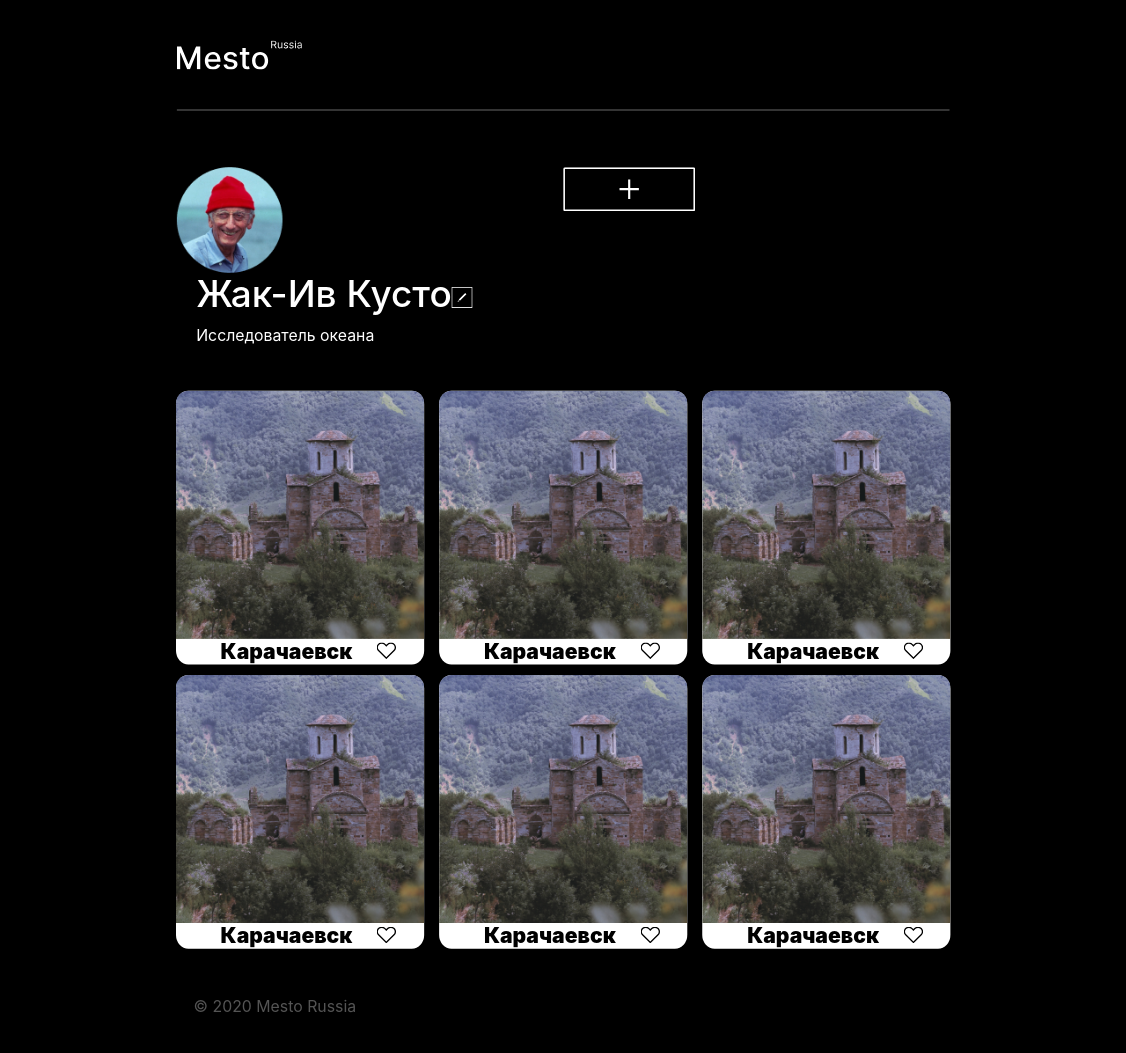
Repository: Ivan2399/mesto-project
Page: index.html
The author's editor kept a copy of each file at every save. The page is drawn from the files as they stood at one save, then again after the next save.
The browser window is 1280 px wide. The pictures show the whole page, at 88% of full size.

Above is the page before, as saved 2021-11-16 18:38:15.

### index.html
<!DOCTYPE html>
<html lang="ru">

<head>
    <meta charset="UTF-8">
    <meta http-equiv="X-UA-Compatible" content="IE=edge">
    <meta name="viewport" content="width=device-width, initial-scale=1.0">
    <link rel="stylesheet" href="./pages/index.css" />
    <title>Mesto</title>
</head>

<body class="root">
    <div class="page">
        <header class="header">
            <div class="header__container">
                <img class="header__logo" src="images/logo/Vector.svg" alt="Логотип">
                <div class="header__line"></div>
            </div>
        </header>
        <main class="content">
            <section class="profile profile__container_mobile">

                <div class="profile__container">
                    <img class="profile__avatar" src="images/avatar/Avatar.png" alt="Аватарка">
                    <h2 class="profile__nickname">Жак-Ив Кусто<button class="profile__buttons_type_editig"></button>
                        <p class="profile__hobbyname">Исследователь океана</p>
                    </h2>

                </div>

                <div>
                    <button class="profile__buttons_type_add"></button>
                </div>

            </section>
            <section class="table">
                <div class="table__container table__container_mobile">
                    <div class="table__card">
                        <img class="table__image" src="images/table/Karachaevsk.png" alt="Крепость">
                        <h2 class="table__title">Карачаевск <img class="table__button table__button_active"
                                src="images/buttons/Vector.svg" alt="Лайк"></h2>
                    </div>
                    <div class="table__card">
                        <img class="table__image" src="images/table/Karachaevsk.png" alt="Крепость">
                        <h2 class="table__title">Карачаевск <img class="table__button table__button_active"
                                src="images/buttons/Vector.svg" alt="Лайк"></h2>
                    </div>
                    <div class="table__card">
                        <img class="table__image" src="images/table/Karachaevsk.png" alt="Крепость">
                        <h2 class="table__title">Карачаевск <img class="table__button table__button_active"
                                src="images/buttons/Vector.svg" alt="Лайк"></h2>
                    </div>
                    <div class="table__card">
                        <img class="table__image" src="images/table/Karachaevsk.png" alt="Крепость">
                        <h2 class="table__title">Карачаевск <img class="table__button table__button_active"
                                src="images/buttons/Vector.svg" alt="Лайк"></h2>
                    </div>
                    <div class="table__card">
                        <img class="table__image" src="images/table/Karachaevsk.png" alt="Крепость">
                        <h2 class="table__title">Карачаевск <img class="table__button table__button_active"
                                src="images/buttons/Vector.svg" alt="Лайк"></h2>
                    </div>
                    <div class="table__card">
                        <img class="table__image" src="images/table/Karachaevsk.png" alt="Крепость">
                        <h2 class="table__title">Карачаевск <img class="table__button table__button_active"
                                src="images/buttons/Vector.svg" alt="Лайк"></h2>
                    </div>
                </div>
            </section>
            <section class="footer">
                <h2 class="footer__logo">© 2020 Mesto Russia</h2>
            </section>
        </main>
    </div>
</body>

</html>

### pages/index.css
@import url(../blocks/root/root.css);
@import url(../blocks/page/page.css);
@import url(../blocks/content/content.css);

/* header */

@import url(../blocks/header/header.css);
@import url(../blocks/header/__container/header__container.css);
@import url(../blocks/header/__logo/header__logo.css);
@import url(../blocks/header/__line/header__line.css);

/* profile */

@import url(../blocks/profile/profile.css);
@import url(../blocks/profile/__avatar/profile__avatar.css);
@import url(../blocks/profile/__container/profile__container.css);
@import url(../blocks/profile/__buttons/profile__buttons.css);
@import url(../blocks/profile/__buttons/_type/profile__buttons_type_add.css);
@import url(../blocks/profile/__buttons/_type/profile__buttons_type_editig.css);
@import url(../blocks/profile/__hobbyname/profile__hobbyname.css);
@import url(../blocks/profile/__nickname/profile__nickname.css);
@import url(../blocks/profile/__container/_mobile/profile__container_mobile.css);

/* table */

@import url(../blocks/table/table.css);
@import url(../blocks/table/__button/table__button.css);
@import url(../blocks/table/__card/table__card.css);
@import url(../blocks/table/__container/table__container.css);
@import url(../blocks/table/__image/table__image.css);
@import url(../blocks/table/__title/table__title.css);
@import url(../blocks/table/__container/_mobile/table__container_mobile.css);
@import url(../blocks/table/__button/_active/table__button_active.css);

/* footer */

@import url(../blocks/footer/footer.css);
@import url(../blocks/footer/__logo/footer__logo.css);

### images/buttons/Vector.svg
<svg width="22" height="19" viewBox="0 0 22 19" fill="none" xmlns="http://www.w3.org/2000/svg">
<path d="M20.2991 9.78586C22.567 7.54338 22.567 3.90213 20.2991 1.68186C18.0311 -0.560619 14.3486 -0.560619 12.0806 1.68186L10.9804 2.792L9.88007 1.70406C7.61215 -0.560619 3.92957 -0.560619 1.6841 1.68186C0.583822 2.76979 0 4.21297 0 5.74496C0 7.27695 0.606277 8.72013 1.6841 9.80806L10.9804 19L20.2991 9.78586ZM1.4371 5.74496C1.4371 4.59042 1.8862 3.52469 2.71702 2.72539C3.5703 1.88168 4.67058 1.45983 5.77086 1.45983C6.87114 1.45983 7.97142 1.88168 8.8247 2.72539L10.9804 4.83465L13.136 2.70318C14.8201 1.03798 17.582 1.03798 19.2437 2.70318C20.0521 3.50248 20.5236 4.56821 20.5236 5.72276C20.5236 6.8773 20.0745 7.94303 19.2437 8.74233L10.9804 16.9351L2.71702 8.76453C1.90865 7.94303 1.4371 6.8773 1.4371 5.74496Z" fill="black"/>
</svg>

### blocks/root/root.css
.root{
    margin: 0;
    padding: 0;
    font-family: "Inter";
    color: #FFFFFF;
}
h1,h2,h3,h4,h5,h6,p{
    margin: 0;
    padding: 0;
    font-family: "Inter";
    color: #FFFFFF;
}

### blocks/page/page.css
.page {
  background-color: #000000;
  max-width: 1280px;
  margin: auto;
}

### blocks/header/header.css
.header{
    display: grid;
}

### blocks/header/__container/header__container.css
.header__container {
  margin: 0 15.7% 0 15.7%;
  max-width: 880px;
  width: 68.6%;
}

### blocks/header/__logo/header__logo.css
.header__logo{
    margin: 5.2% 0 4.7% 0;
}
@media screen and (min-width:300px) and (max-width:600px){
    .header__logo{
        width:103.74px;
        height:24.24px;
    }
}

### blocks/header/__line/header__line.css
.header__line{
    border: 1px solid #545454;
    opacity: 0.7;
}

### blocks/profile/profile.css
.profile {
  display: grid;
  margin: 5% 15.7% 0 15.7%;
  max-width: 880px;
  width: 68.6%;

}

### blocks/profile/__avatar/profile__avatar.css
.profile__avatar{

}

### blocks/profile/__container/profile__container.css
.profile__container {
  display: flex;
  align-items: center;
  flex-direction: row;
  flex-wrap: wrap;
}

### blocks/profile/__buttons/profile__buttons.css
.profile__buttons{
    display: flex;
    flex-direction: row;
    justify-content: space-between;
    align-items: center;
}

### blocks/profile/__buttons/_type/profile__buttons_type_add.css
.profile__buttons_type_add {
  width: 150px;
  height: 50px;
  background-image: url(../../../../images/buttons/Add\ Button.svg);
  background-color: black;
  border: none;
  background-size: cover;
  background-repeat: no-repeat;

  margin-bottom: 6.7%;
}
.profile__buttons_type_add:hover {
  opacity: 0.6;
  border: 2px solid #ffffff;
  box-sizing: border-box;
  border-radius: 2px;
}

### blocks/profile/__buttons/_type/profile__buttons_type_editig.css
.profile__buttons_type_editig {
  width: 24px;
  height: 24px;
  background-image: url(../../../../images/buttons/Edit\ Button.svg);
  background-color: black;
  border: none;
  background-size: cover;
  background-repeat: no-repeat;
  margin-bottom: 6.7%;
  grid-column: 2;
  grid-row: 1;
}
.profile__buttons_type_editig:hover {
  border: 1px solid #ffffff;
  box-sizing: border-box;
}

### blocks/profile/__hobbyname/profile__hobbyname.css
.profile__hobbyname {
  font-style: normal;
  font-weight: normal;
  font-size: 18px;
  line-height: 22px;
  grid-column: 2;
}

### blocks/profile/__nickname/profile__nickname.css
.profile__nickname {
  font-style: normal;
  font-weight: 500;
  font-size: 42px;
  line-height: 48px;
  margin-left: 5%;
}

### blocks/profile/__container/_mobile/profile__container_mobile.css
.profile__container_mobile{
    grid-template-columns: repeat(auto-fit,minmax(200px,1fr));
}

### blocks/table/table.css
.table{
    max-width:880px;
    margin:4% auto 0;
}

### blocks/table/__button/table__button.css
.table__button {
  width: 22px;
  height: 19px;
  /* background-image: url(../../../images/buttons/Vector.svg);
  border: none;
  background-color: white;
  background-size: cover;
  background-repeat: no-repeat; */
  align-self: flex-end;
  margin-left: 10%;
}
.table__button:hover {
  color: #000000;
  opacity: 0.5;
}

### blocks/table/__card/table__card.css
.table__card{
    max-width: 282px;
    background-color: white;

    border-radius: 5%;

    display: flex;
    flex-direction: column;
}

### blocks/table/__container/table__container.css
.table__container{
    display: grid;
    grid-template-columns: repeat(3,1fr);
    gap:2%;
}

### blocks/table/__image/table__image.css
.table__image{
    max-width: 282px;
    max-height: 282px;
    border-radius: 5% 5% 0 0 ;
}

### blocks/table/__title/table__title.css
.table__title {
  max-width: 246px;
  font-style: normal;
  font-weight: 900;
  font-size: 24px;
  line-height: 29px;

  margin-left: 18%;
  color: #000000;
}

### blocks/table/__container/_mobile/table__container_mobile.css
.table__container_mobile{
    grid-template-columns: repeat(auto-fit, minmax(280px, 1fr));
}

### blocks/table/__button/_active/table__button_active.css
.table__button_active:active{
    background-image: url(../../../../images/buttons/Union.png);
    color: black;
}

### blocks/footer/footer.css
.footer{
    max-width: 840px;
    margin: auto;
}

### blocks/footer/__logo/footer__logo.css
.footer__logo {
  font-style: normal;
  font-weight: normal;
  font-size: 18px;
  line-height: 22px;

  color: #545454;
  margin-top: 8%;
  padding-bottom: 5%;
}

Loaded but not shown: blocks/content/content.css (no stored copy; drawn as an empty file)

After the next save:
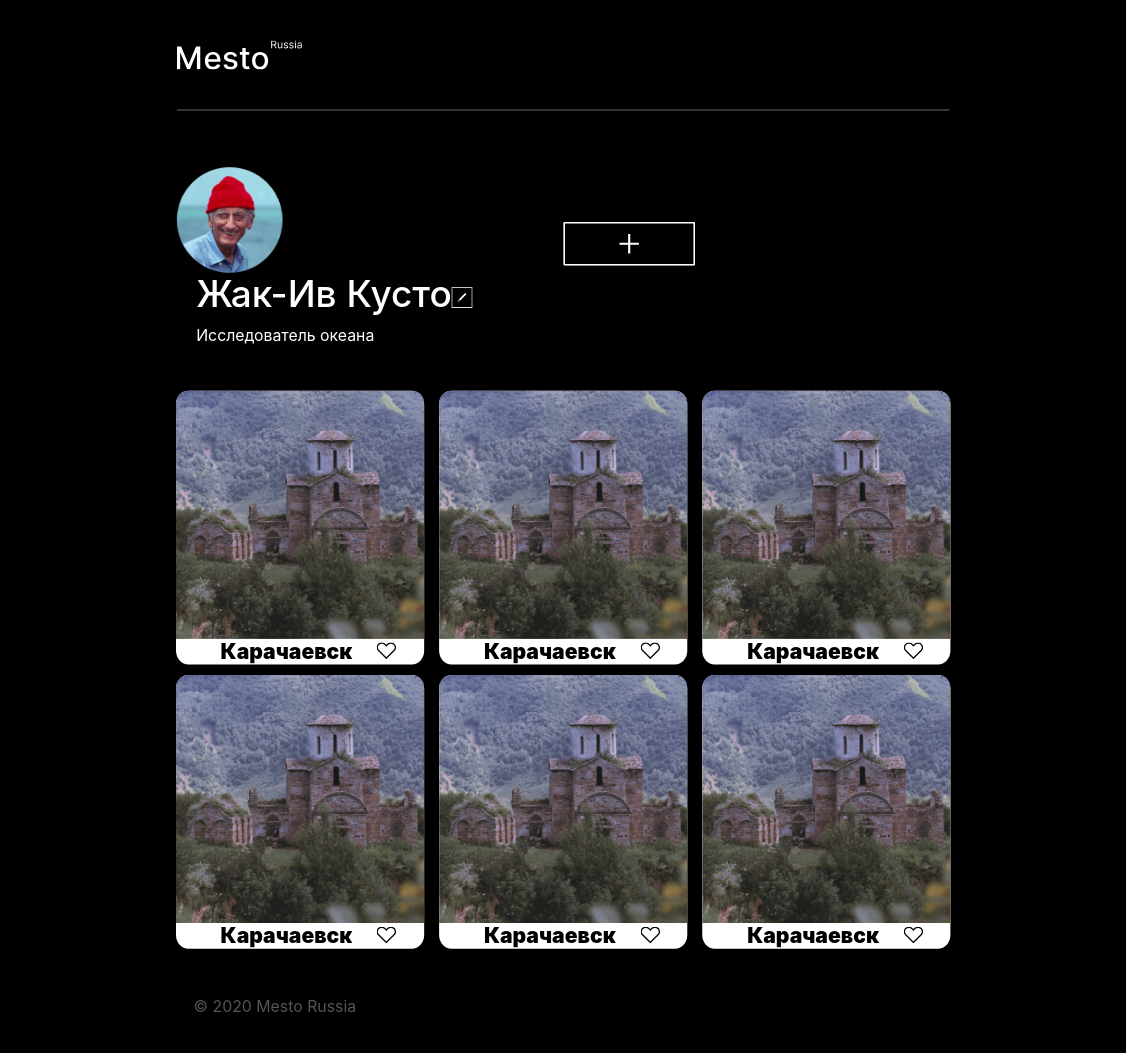
Saved 34 s later.
--- a/index.html
+++ b/index.html
@@ -28,7 +28,7 @@
 
                 </div>
 
-                <div>
+                <div class="profile__buttons">
                     <button class="profile__buttons_type_add"></button>
                 </div>
 
